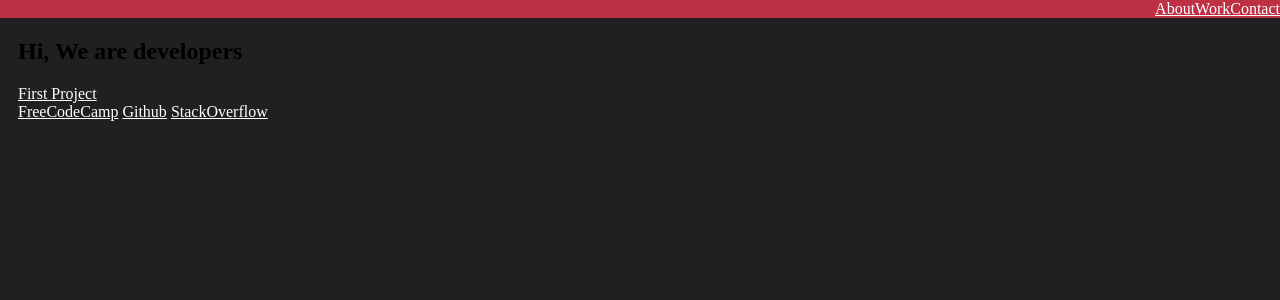
Repository: justicebhekani88/microverse_portfolio_project
Page: index.html
These files come from the project's save history. The page is drawn as it stood at one moment and after the next save; the edit follows.
The browser window is 1280 px wide. The pictures show the whole page.

Above is the page before, as saved 2022-07-21 14:43:27.

### index.html
<!DOCTYPE html>
<html lang="en">

<head>
    <meta charset="UTF-8">
    <meta http-equiv="X-UA-Compatible" content="IE=edge">
    <meta name="viewport" content="width=device-width, initial-scale=1.0">
    <link rel="stylesheet" href="style.css">
    <title>Portfolio Project</title>

    <style>
        @media only screen and (min-width: 600px) {
            #main {
                padding: 10px;
            }
        }
    </style>
</head>

<body>
    <nav id="navbar">
        <a href="#about">About</a>
        <a href="#projects">Work</a>
        <a href="#contact">Contact</a>
    </nav>
    <div id="main">
        <section id="welcome-section">
            <h1>Hi, We are developers</h1>
        </section>
        <section id="projects">
            <div class="project-tile"></div>
            <a href="">
                First Project
            </a>
        </section>
        <section>
            <a href="#" id="profile-link" target="_blank">FreeCodeCamp</a>
            <a href="#" id="profile-link" target="_blank">Github</a>
            <a href="#" id="profile-link" target="_blank">StackOverflow</a>
        </section>
    </div>

</body>

</html>

### style.css
body {
    background-color: #202022;
}

nav {
    color: white;
    display: flex;
    justify-content: flex-end;
    position: fixed;
    top: 0;
    left: 0;
    width: 100%;
    background: #BE3043;
}

a {
    color: white;
}

After the next save:
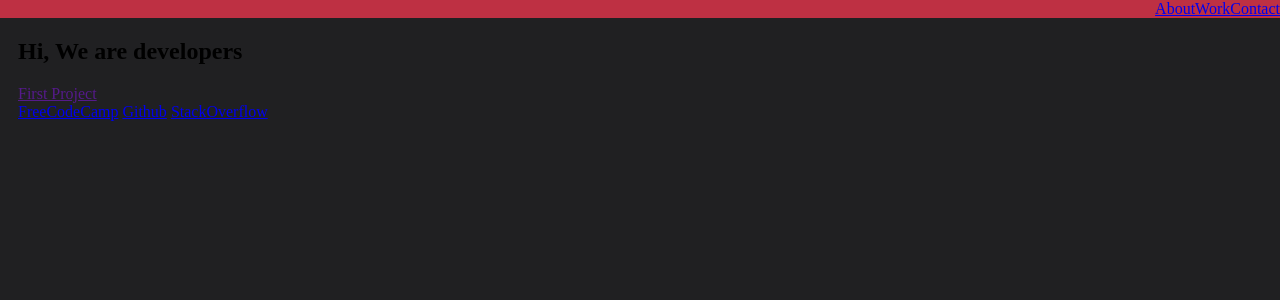
Saved 46 s later.
--- a/style.css
+++ b/style.css
@@ -12,7 +12,3 @@ nav {
     width: 100%;
     background: #BE3043;
 }
-
-a {
-    color: white;
-}
